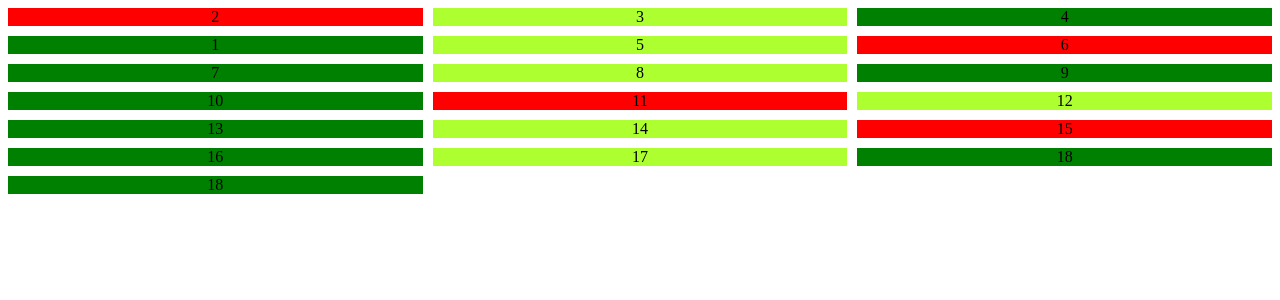
Repository: motiejus1/09-paskaita-05.31
Page: index.html
These files come from the project's save history. The page is drawn as it stood at one moment and after a run of saves; the edit follows.
The browser window is 1280 px wide. The pictures show the whole page.

Above is the page before, as saved 2021-06-15 19:46:07.

After the next 2 saves:
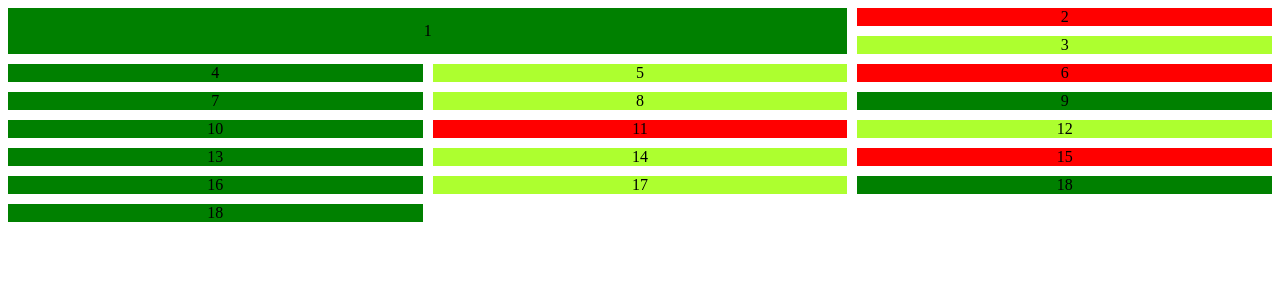
The 2 saves are shown as one change because they came seconds apart.
The last was saved 6 s later.
--- a/index.html
+++ b/index.html
@@ -29,7 +29,8 @@
             /* grid-column-start: 1 ;
             grid-column-end: 3 ; */
 
-            grid-column:
+            grid-column: 1 / 3;
+
             grid-row-start: 1 ;
             grid-row-end: 3 ;
         }
